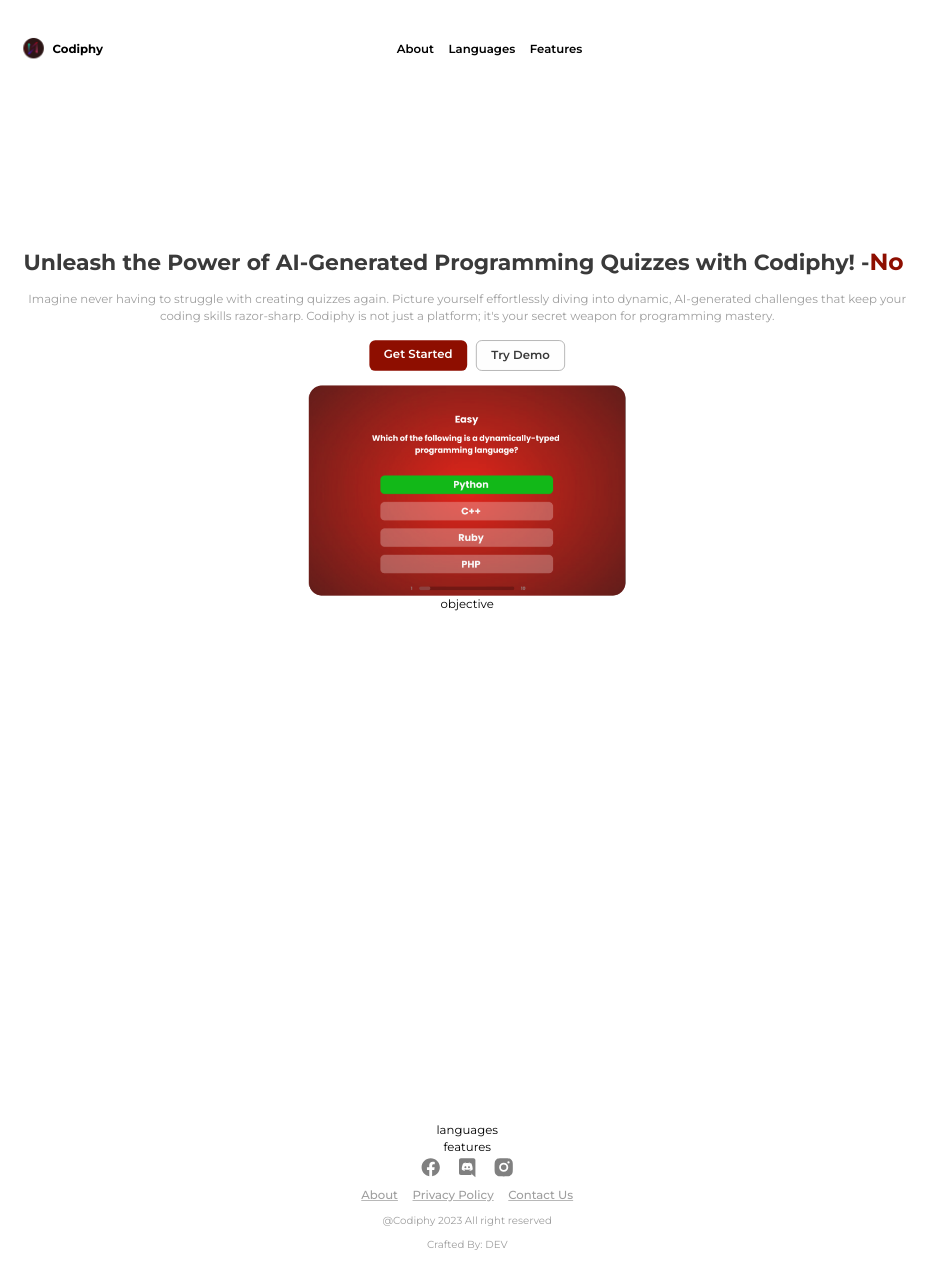
Repository: ddextroo/codiphy
Page: /
These files come from the project's save history. The page is drawn as it stood at one moment and after the next save; the edit follows.
The browser window is 1280 px wide. The pictures show the whole page, at 73% of full size.
The project was rebuilt for these pictures with package versions that can differ from the ones it lists, and the page was loaded fresh each time. Also part of the build but not shown: vite.config.js, src/pages/auth/login.jsx, src/pages/quiz/demo/demo.jsx.

Above is the page before, as saved 2023-12-07 23:50:49.

After the next save:
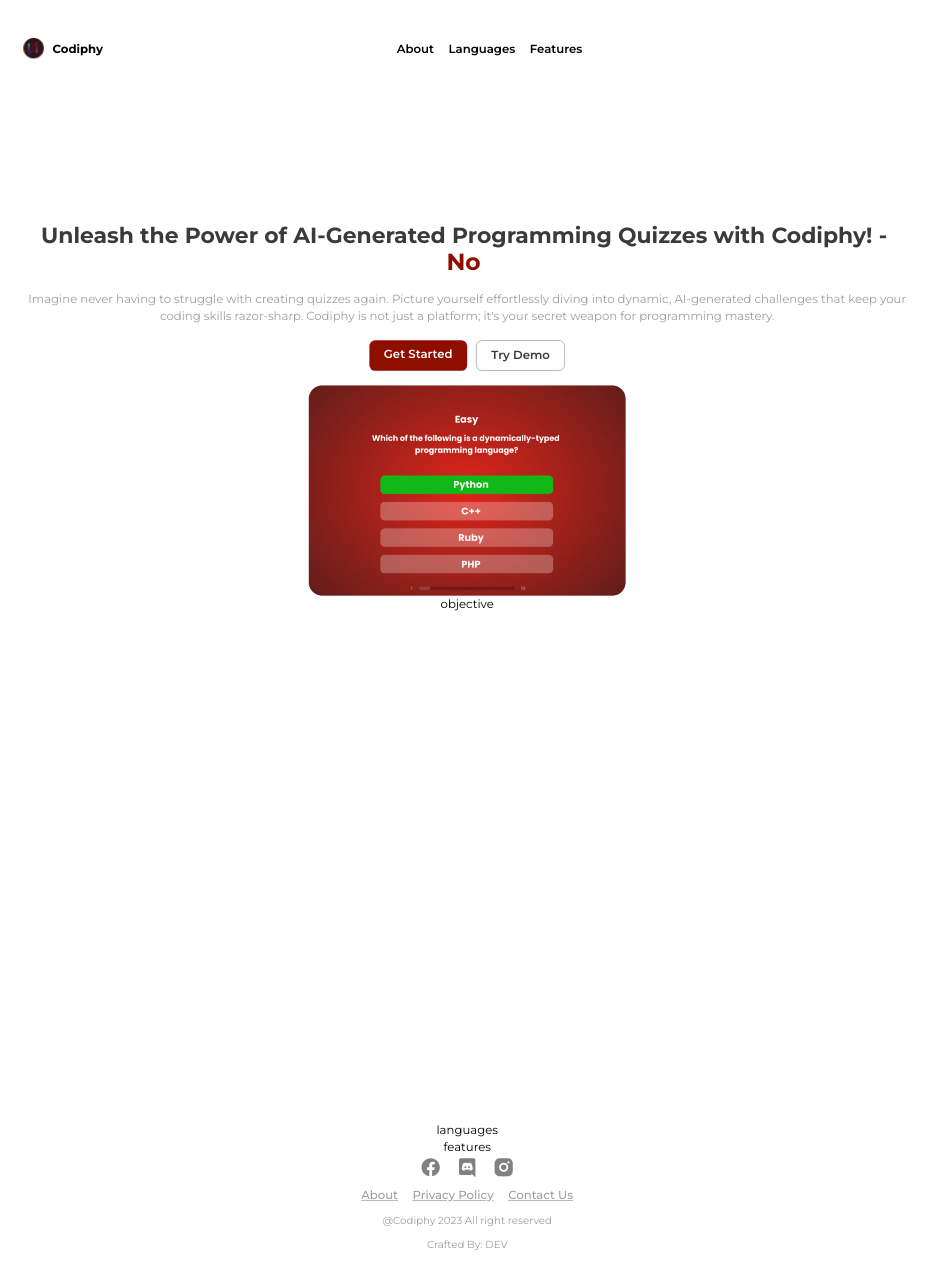
Saved 23 s later.
--- a/src/pages/landing/hero.jsx
+++ b/src/pages/landing/hero.jsx
@@ -9,7 +9,7 @@
     <div className="min-h-screen max-h-full flex flex-col justify-end ">
       <div className="flex flex-col justify-center items-center">
         <div className="text-3xl text-primaryDark font-bold mb-5 text-center">
-          Unleash the Power of AI-Generated Programming Quizzes with Codiphy! -
+          Unleash the Power of AI-Generated Programming Quizzes with Codiphy!&nbsp;-&nbsp;
           <TypeAnimation
             sequence={[
               // Same substring at the start will only be typed out once, initially
